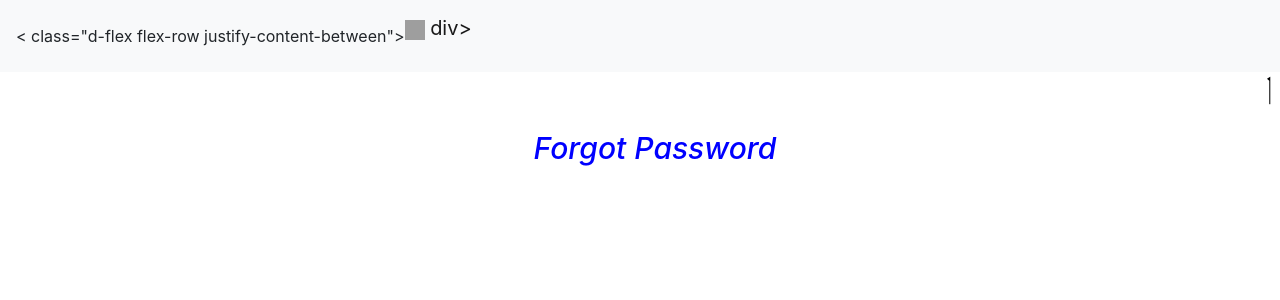
Repository: siri548/Karyakartha
Page: forgotPage.html
An editor plug-in stored every save of this project. The page is shown before and after the next save, followed by the edit.
The browser window is 1280 px wide. The pictures show the whole page.
Pictures or frames that could not be fetched are drawn as grey boxes.

Above is the page before, as saved 2023-11-04 15:47:00.
Console error (its wording comes from the project's code and is left out).

After the next save:
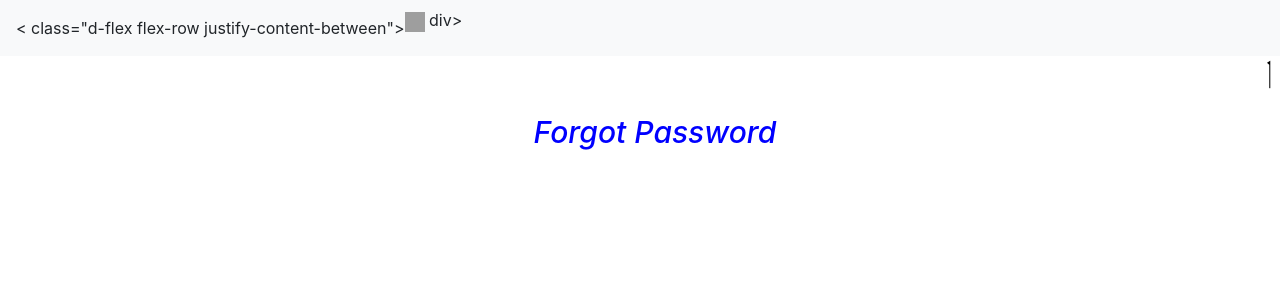
Saved 8 s later.
--- a/forgotPage.html
+++ b/forgotPage.html
@@ -18,10 +18,10 @@
     <div class="bg-forgotPage">
         <nav class="navbar navbar-expand-lg navbar-light bg-light">
             < class="d-flex flex-row justify-content-between">
-                <div < class=" navbar-brand " href="# ">
+                <div <class=" navbar-brand " href="# ">
                     <i class="outer-icon bi bi-search "></i>
                     <img src="D:\icons\trend.png " class="inner-icon " />
-                    </class>div>
+                    </clas>div>
 
                     <button class="navbar-toggler " type="button " data-toggle="collapse " data-target="#navbarNavAltMarkup " aria-controls="navbarNavAltMarkup " aria-expanded="false " aria-label="Toggle navigation ">
             <span class="navbar-toggler-icon "></span>

After the save that followed:
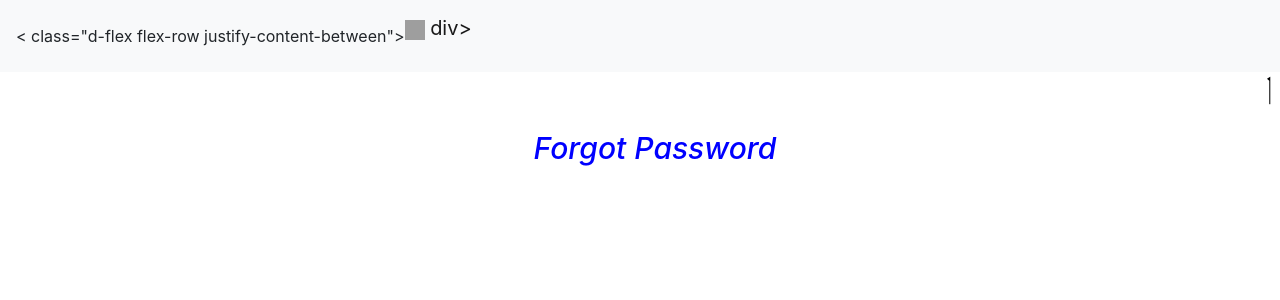
Saved 4 s later.
--- a/forgotPage.html
+++ b/forgotPage.html
@@ -18,7 +18,7 @@
     <div class="bg-forgotPage">
         <nav class="navbar navbar-expand-lg navbar-light bg-light">
             < class="d-flex flex-row justify-content-between">
-                <div <class=" navbar-brand " href="# ">
+                <div <a class=" navbar-brand " href="# ">
                     <i class="outer-icon bi bi-search "></i>
                     <img src="D:\icons\trend.png " class="inner-icon " />
                     </clas>div>
